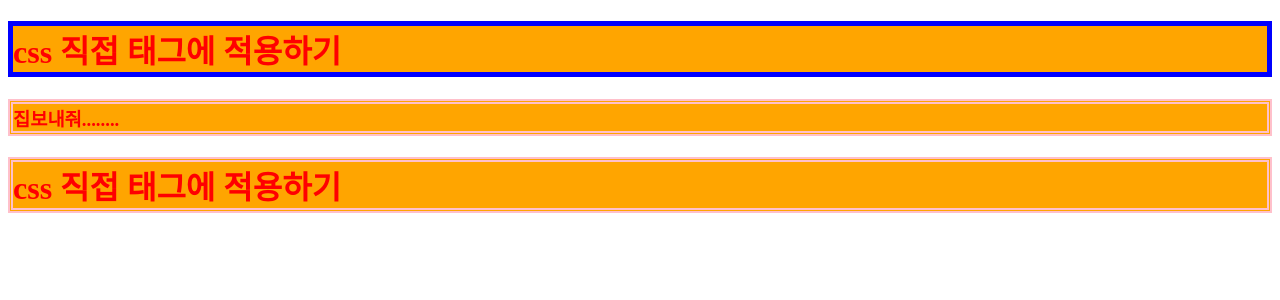
Repository: JeongHyeongKim/practice_myself
Page: Si_basic/WebProject/setp01_HTMLCS/WebContent/CSS/ex02_CSSExternal.html
The author's editor kept a copy of each file at every save. The page is drawn from the files as they stood at one save, then again after the next save.
The browser window is 1280 px wide. The pictures show the whole page.

Above is the page before, as saved 2019-04-22 07:44:41.

After the next save:
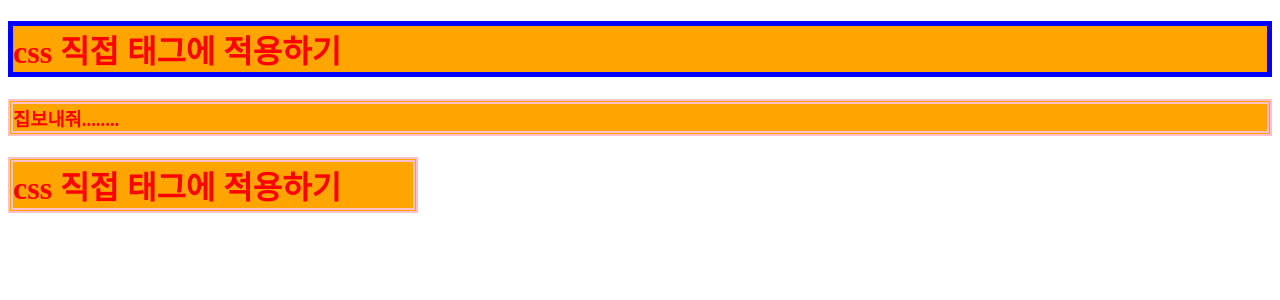
Saved 12 s later.
--- a/Si_basic/WebProject/setp01_HTMLCS/WebContent/CSS/ex02_CSSExternal.html
+++ b/Si_basic/WebProject/setp01_HTMLCS/WebContent/CSS/ex02_CSSExternal.html
@@ -21,7 +21,7 @@
 
 		<h3 class="b">집보내줘........</h3>
 
-		<h1 id="a aa" class="b">css 직접 태그에 적용하기</h1>
+		<h1 id="aa" class="b">css 직접 태그에 적용하기</h1>
 
 	</body>
 </html>
